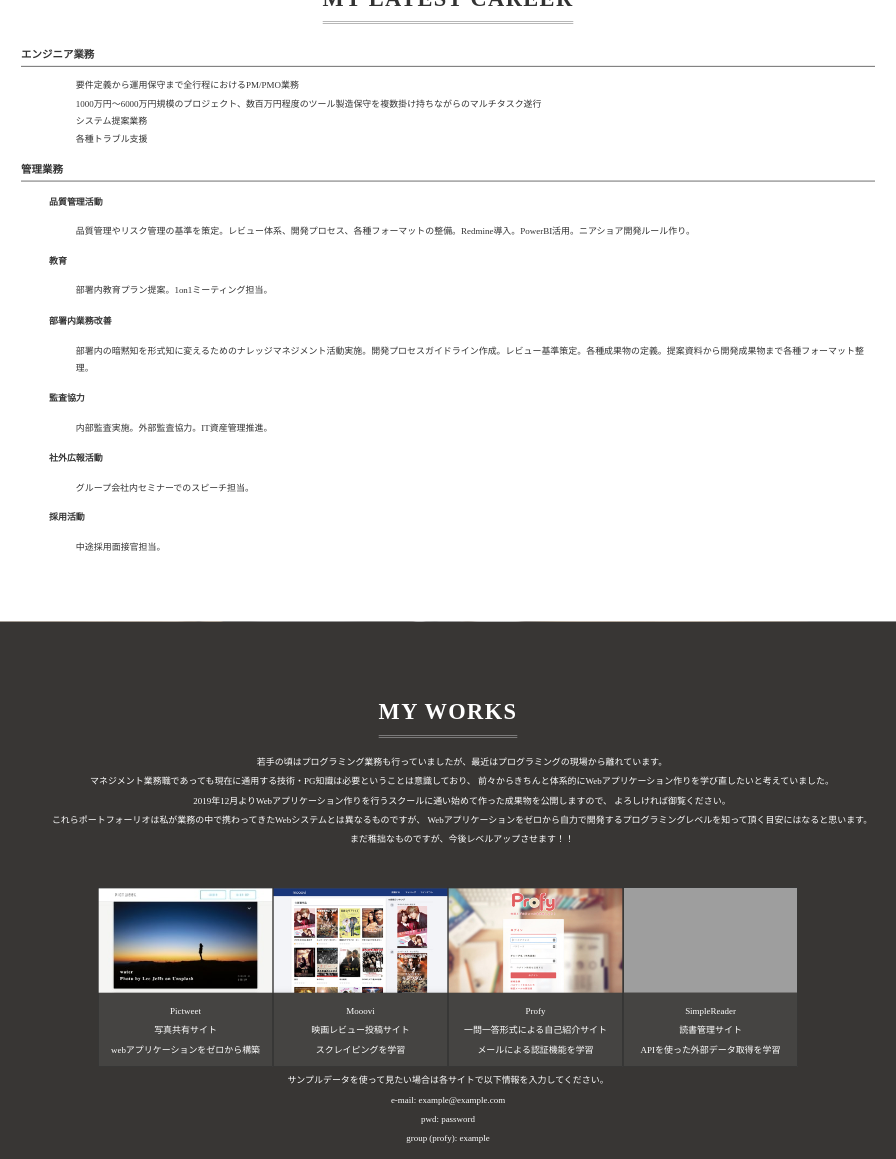
Repository: dackelteckel/myworks
Page: http://localhost/
The author's editor kept a record of every edit. The page is drawn from the files as they stood at one moment, then again after the next edit.
The browser window is 1280 px wide. The pictures show the part of the page from y = 1513 to 3433 px (the page is 3169 px tall before and 3433 px after), at 70% of full size.
Pictures or frames that could not be fetched are drawn as grey boxes. Backgrounds fixed to the window are drawn as part of the page. The page is run by PHP 8.4 with error messages shown; the project is at /var/www/html/. Other server files are loaded and not shown.

Above is the page before.

### index.html
<!DOCTYPE html>
<html>

<head>
  <meta charset="UTF-8">
  <title>Who I am...</title>
  <link rel="stylesheet" href="normalize.css">
  <link rel="stylesheet" href="style.css">
  <link rel="stylesheet" href="responsive.css">

  <!--<script type="text/javascript" charset="UTF-8">-->
  <!--  $('#contact-form').submit(function(event){-->
      <!--//submit実行を止める-->
  <!--    event.preventDefault();-->
  <!--    var $form = $(this);-->
  <!--    var $button = $form.find('.send-btn');-->
  <!--    $.ajax({-->
  <!--      url:$form.attr('action'),-->
  <!--      type:$form.attr('method'),-->
  <!--      data: $form.serialize(),-->
        <!--//10秒でタイムアウト-->
  <!--      timeout:10000,-->
        <!--//重複送信を避けるためにボタンを無効化-->
  <!--      beforeSend: function(xhr, settings) {-->
  <!--          $button.attr('disabled', true);-->
  <!--      },-->
        <!--//完了後ボタンを押せるように-->
  <!--      complete: function(xhr, textStatus) {-->
  <!--          $button.attr('disabled', false);-->
  <!--      }-->
  <!--    }).done(function(data, textStatus, jqXHR){-->
        <!--// 成功時の処理-->
        <!--//フォームを初期化-->
  <!--      $form[0].reset();-->
  <!--      $(".contact-result").text(data);-->
  <!--      $(".contact-result").slideToggle(200);-->
  <!--      $(".contact-result").delay(3000).slideToggle(200);-->
  <!--    }).fail(function(jqXHR, textStatus, errorThrown){-->
        <!--失敗時の処理-->
  <!--      $(".contact-result").text("エラーが発生しました。ステータス：" + jqXHR.status);-->
  <!--      $(".contact-result").slideToggle(200);-->
  <!--      $(".contact-result").delay(3000).slideToggle(200);-->
  <!--    });-->
  <!--  });-->
  <!--</script>-->
</head>

<body>
  <header class="header">
    <p class="site-title-sub">----- my portfolio -----</p>
    <h1 class="site-title">Who I am...</h1>
    <p class="site-description">check out my career and some of my works.</p>
    <div class="buttons">
      <a class="button" href="#reasons">WHAT I'M LOOKING FOR</a>
      <a class="button" href="#career">LATEST CAREER</a>
      <a class="button" href="#works">MY WORKS</a>
      <!--<a class="button button-orange" href="#contact">SEND MESSAGE</a>-->
      <a class="button button-orange" href="mailto:nrkktok@gmail.com">Drop Me a LINE</a>
    </div>
  </header>

  <section class="reasons" id="reasons">
    <h2 class="heading">3 REASONS WHAT I'M LOOKING FOR IN A NEW JOB</h2>
    <dev class="reasons-text">
<!--第一の基準は、学べることが多い仕事をすることでした。-->
<!--その仕事をすることで、長期的に自分を成長させることができるのか、ということです。-->
<!--第二の基準は、仕事以外の優先事項にも取り組めることでした。-->
<!--知的な活動や充実したプライベート、自由な暮らしを続けられるのか、ということです。-->
<!--そして第三の基準は、自分が幸福になれる仕事をすることでした。-->
<!--不満を抱えながら、いい仕事をすることはできないと考えています-->
      <h3>職場環境</h3>
      <ul>
        <li>
          同僚同士お互いを尊重し、協力しあうことができる健やかな組織で働きたいと考えています。
        </li>
      </ul>
      <h3>チーム・組織づくり</h3>
      <ul>
        <li>
          <p>
            新卒時代のプログラミング経験から徐々に上流工程への経験を積んで、ここ10年程PM業務に携わっています。<br>
            チームメンバーが成果を出すためのサポートをするマネジメント業務には大変やりがいを感じています。
          </p>
          <p>
            更に現職では部署改善活動にも取り組む機会が多く、組織を作り上げていくことの面白さを感じています。
          </p>
          <p>
            今後もプロジェクトや組織を活性化する仕事に携わって行きたいと思っています。
          </p>
        </li>
      </ul>
      <h3>ライフワークバランス</h3>
      <ul>
        <li>
          <p>
            知的な活動や充実したプライベートを送ることで、良い仕事、社会貢献をすることができると考えています。<br>
          「勉強する時間」「運動する体力」「健康的な食事」を大事にすることができる環境に身を置きたいと考えています。
          </p>
        </li>
      </ul>
    </dev>
  </section>

  <section class="career" id="career">
    <h2 class="heading">MY LATEST CAREER</h2>
    <dev class="career-text">
      <h3>エンジニア業務</h3>
      <ul>
        <li>要件定義から運用保守まで全行程におけるPM/PMO業務</li>
        <li>1000万円〜6000万円規模のプロジェクト、数百万円程度のツール製造保守を複数掛け持ちながらのマルチタスク遂行</li>
        <Li>システム提案業務</Li>
        <Li>各種トラブル支援</Li>
      </ul>
      <h3>管理業務</h3>
      <ul>
        <h4>品質管理活動</h4>
        <li>品質管理やリスク管理の基準を策定。レビュー体系、開発プロセス、各種フォーマットの整備。Redmine導入。PowerBI活用。ニアショア開発ルール作り。</li>
        <h4>教育</h4>
        <li>部署内教育プラン提案。1on1ミーティング担当。</li>
        <h4>部署内業務改善</h4>
        <li>部署内の暗黙知を形式知に変えるためのナレッジマネジメント活動実施。開発プロセスガイドライン作成。レビュー基準策定。各種成果物の定義。提案資料から開発成果物まで各種フォーマット整理。</li>
        <h4>監査協力</h4>
        <li>内部監査実施。外部監査協力。IT資産管理推進。</li>
        <h4>社外広報活動</h4>
        <li>グループ会社内セミナーでのスピーチ担当。</li>
        <h4>採用活動</h4>
        <li>中途採用面接官担当。</li>
      </ul>
    </dev>
  </section>

  <section class="works" id="works">
    <h2 class="heading">MY WORKS</h2>
    <div class="works-text">
    <ul>
      <li>
        若手の頃はプログラミング業務も行っていましたが、最近はプログラミングの現場から離れています。
      </li>
    </ul>
    <ul>
      <li>
        マネジメント業務職であっても現在に通用する技術・PG知識は必要ということは意識しており、
        前々からきちんと体系的にWebアプリケーション作りを学び直したいと考えていました。
      </li>
    </ul>
    <ul>
      <li>
        2019年12月よりWebアプリケーション作りを行うスクールに通い始めて作った成果物を公開しますので、
        よろしければ御覧ください。
      </li>
    </ul>
    <ul>
      <li>
        これらポートフォーリオは私が業務の中で携わってきたWebシステムとは異なるものですが、
        Webアプリケーションをゼロから自力で開発するプログラミングレベルを知って頂く目安にはなると思います。
      </li>
    </ul>
    <ul>
      <li>
        まだ稚拙なものですが、今後レベルアップさせます！！
      </li>
    </ul>
    </div>
    <div class="works-wrapper">
      <div class="work-box">
        <a href="https://dackelteckelpictweet.herokuapp.com/" target="_blank" rel="noopener noreferrer"><img class="work-image" src="images/pictweet.jpg"></a>
        <div class="work-description">
          <p>Pictweet<p>
          <p>写真共有サイト</p>
          <p>webアプリケーションをゼロから構築</p>
        </div>
      </div>
      <div class="work-box">
        <a href="https://dackelteckelmooovi.herokuapp.com/" target="_blank" rel="noopener noreferrer"><img class="work-image" src="images/mooovi.jpg"></a>
        <div class="work-description">
          <p>Mooovi<p>
          <p>映画レビュー投稿サイト</p>
          <p>スクレイピングを学習</p>
        </div>
      </div>

      <div class="work-box">
        <a href="https://dackelteckelprofy.herokuapp.com/" target="_blank" rel="noopener noreferrer"><img class="work-image" src="images/profy.jpg"></a>
        <div class="work-description">
          <p>Profy<p>
          <p>一問一答形式による自己紹介サイト</p>
          <p>メールによる認証機能を学習</p>
        </div>
      </div>
      <div class="work-box">
        <!--<img class="work-image" src="images/wip.jpeg" height="50" width="50">-->
        <!--<img class="work-image" src="images/wip.jpeg" width="10" height="150">-->
        <img class="work-image" src="images/simplereader.jpeg" width="10" height="150">
        <div class="work-description">
          <p>SimpleReader<p>
          <p>読書管理サイト</p>
          <p>APIを使った外部データ取得を学習</p>
        </div>
      </div>
    </div>
    <div>
      <p>サンプルデータを使って見たい場合は各サイトで以下情報を入力してください。</p>
      <o>e-mail: example@example.com</o>
      <p>pwd: password</p>
      <p>group (profy): example</p>
    </div>
  </section>

  <!--<section class="contact" id="contact">-->
    <!--<h2 class="heading">DROP ME A LINE</h2>-->
    <!--<form class="contact-form" id="contact-form" action="contact.php" method="post">-->
    <!--  <input type="text" name="name" placeholder="NAME" required>-->
    <!--  <input type="email" name="email" placeholder="E-MAIL ADDRESS" required>-->
    <!--  <textarea name="message" placeholder="MESSAGE"></textarea>-->
    <!--  <textarea type="text" name="message" placeholder="MESSAGE" required></textarea>-->
    <!--  <input type="submit" value="SEND" class="send-btn" id="submit">-->
    <!--  <input type="submit" value="SEND" class="send-btn" id="submit">-->
    <!--</form>-->
  <!--</section>-->
</body>
</html>

### style.css
* {
  box-sizing: border-box;
  list-style: none;
}

body {
  color: #fff;
  text-align: center;
  font-size: 0.8rem;
  background: url('images/bg.jpg') fixed;
  background-size: cover;
}

.header {
  padding: 170px 30px 80px;
  /*height: 100vh;*/
  background-color: rgba(0, 0, 128, 0.8);
}

.site-title-sub {
  margin: 0 0 30px;
  color: #888;
  letter-spacing: 1px;
  font-size: 1.2rem;
}

.site-title {
  margin: 50px;
  font-size: 3.5rem;
}

.site-description {
  margin-bottom: 75px;
  color: #888;
  font-size: 1.2rem;
}

.buttons {
  display: flex;
  justify-content: center;
  padding-bottom: 50px
}

.button {
  width: 200px;
  padding: 20px;
  margin: 10px;
  border-radius: 4px;
  background-color: #afa58d;
  color: #fff;
  text-decoration: none;
  letter-spacing: 1px;
  font-size: 0.7rem;
}

.button:hover {
  opacity: 0.9;
}

.button-orange {
  background-color: #f1b400;
}

.heading {
  display: inline-block;
  margin: 30px 0 15px;
  padding-bottom: 15px;
  letter-spacing: 2px;
  font-size: 2rem;
  border-bottom: double 4px #999;
}

.reasons {
  /*height: 100vh;*/
  /*background-color: #383634;*/
  background-color: rgb(137, 158, 142);
  padding: 80px 30px;
  /*color: #333;  */
}

.reasons-text {
  text-align: left;
  width: 600px;
  margin: 30px auto;
  line-height: 2.5;
}

.reason-text h3 {
  padding-top: 20px;
}

/*.note:before {*/
/*  content: "*";*/
/*}*/

.career {
  /*height: 100vh;*/
  background-color: #ffffff;
  padding: 80px 30px;
  color: #333;
}

.career-text {
  text-align: left;
  width: 600px;
  margin: 30px auto;
  line-height: 2;
}

.career-text h3 {
  border-bottom: 1px solid #333;
}

.career-text li {
  padding-left: 3em;
}

.works {
  /*height: 100vh;*/
  background-color: #383634;
  padding: 80px 0 10px;
}

.works-wrapper {
  display: table;
  /*width: 860px;*/
  width: 1000px;
  margin: 60px auto 0;
  table-layout: fixed;
}

.work-box {
  display: table-cell;
  background-color: rgba(100, 100, 100, 0.3);
  border: 1px solid #333;
}

.work-image {
  display: block;
  width: 100%;
}

.work-description {
  margin: 20px 0;
  height: 65px;
}

/*.work-description .button {*/
/*  width: 60%;*/
/*  margin-top: 20px;*/
/*  padding: 3px;*/
/*  display: inline-block;*/
/*}*/

.sample-data-info {
  text-align: left;
}

.button-ghost {
  border: 2px solid #fff;
  background-color: rgba(255, 255, 255, 0.15);
}

.contact {
  height: 100vh;
  background-color: rgba(0, 0, 128, 0.8);
  padding: 80px 0 150px;
}


.contact-form {
  width: 50%;
  margin: 50px auto 0;
}

.contact-form input[type=text], .contact-form input[type=email], .contact-form textarea {
  display: block;
  width: 100%;
  margin-bottom: 10px;
  padding: 15px;
  outline: none;
  border: 1px solid rgba(255, 255, 255, 0.8);
  border-radius: 0;
  color: #333;
}

.contact-form textarea {
  height: 150px;
}

.contact-form input[type=submit] {
  display: block;
  width: 200px;
  margin: 40px auto 0;
  padding: 15px;
  border: 1px solid rgba(255, 255, 255, 0.8);
  border-radius: 5px;
  background-color: transparent;
  color: #fff;
  cursor: pointer;
}

.contact-form input[type=submit]:hover {
  background-color: rgba(255, 255, 255, 0.05);
}

### responsive.css
@media all and (max-width: 1000px) {
  /*.header {*/
  /*  height: 70vh;*/
  /*}*/
}

@media all and (max-width: 670px) {
  /*.header {*/
  /*  height: 40vh;*/
  /*}*/
}

Loaded but not shown: normalize.css (library)

After the next edit:
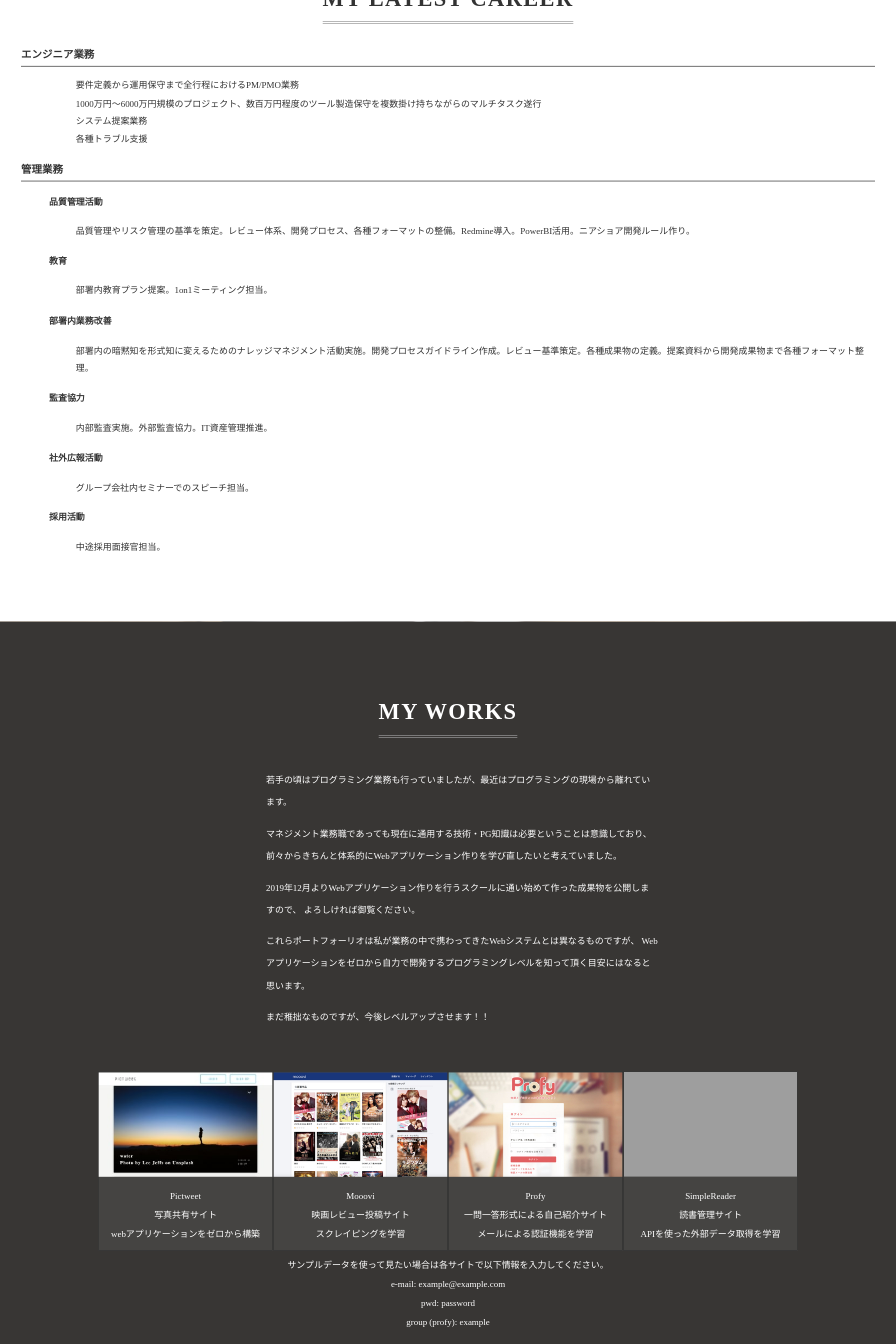
The edit:
--- a/style.css
+++ b/style.css
@@ -121,6 +121,13 @@
   padding: 80px 0 10px;
 }
 
+.works-text {
+  text-align: left;
+  width: 600px;
+  margin: 30px auto;
+  line-height: 2.5;
+}
+
 .works-wrapper {
   display: table;
   /*width: 860px;*/
